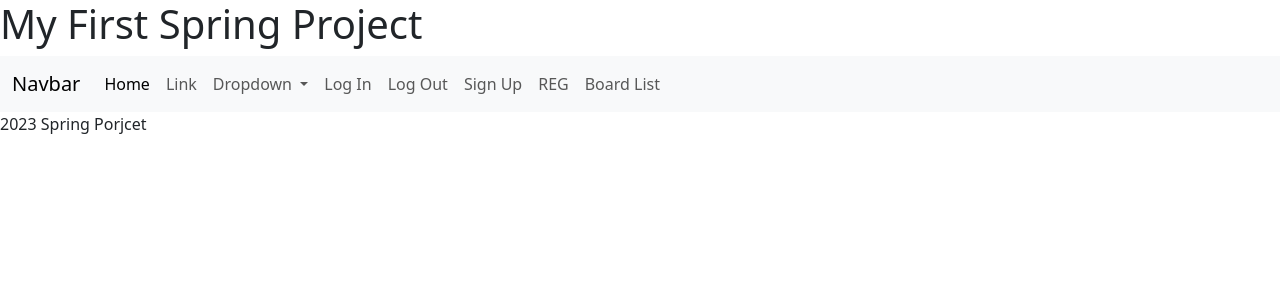
Repository: Leesunghoon1/ezenSpring
Page: http://localhost/spring-Test/WEB-INF/views/member/signup.jsp
An editor plug-in stored every save of this project. The page is shown before and after a run of saves, followed by the edit.
The browser window is 1280 px wide. The pictures show the whole page.
The page is served by Tomcat 9. Nobody is signed in. The template is opened directly, without the code that normally fills it, so the values that code supplies are empty.

Above is the page before, as saved 2023-10-06 07:03:15.

After the next 2 saves:
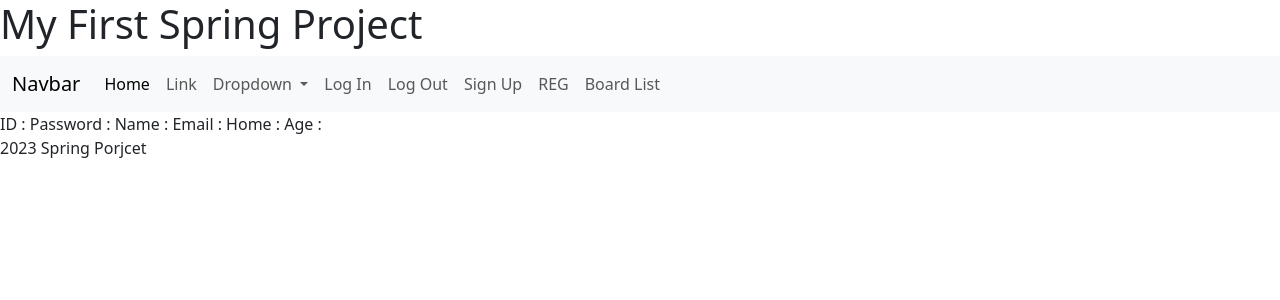
The 2 saves are shown as one change because 1 did not build or start.
The last was saved 85 s later.
--- a/spring-Test/src/main/webapp/WEB-INF/views/member/signup.jsp
+++ b/spring-Test/src/main/webapp/WEB-INF/views/member/signup.jsp
@@ -9,7 +9,16 @@
 </head>
 <body>
 <jsp:include page="../layout/header.jsp"></jsp:include>
+<form action="/member/signup" method="post">
+ID :
+Password :
+Name :
+Email :
+Home :
+Age :
 
+<botton ></botton>
+</form>
 
 <jsp:include page="../layout/footer.jsp"></jsp:include>
 </body>
